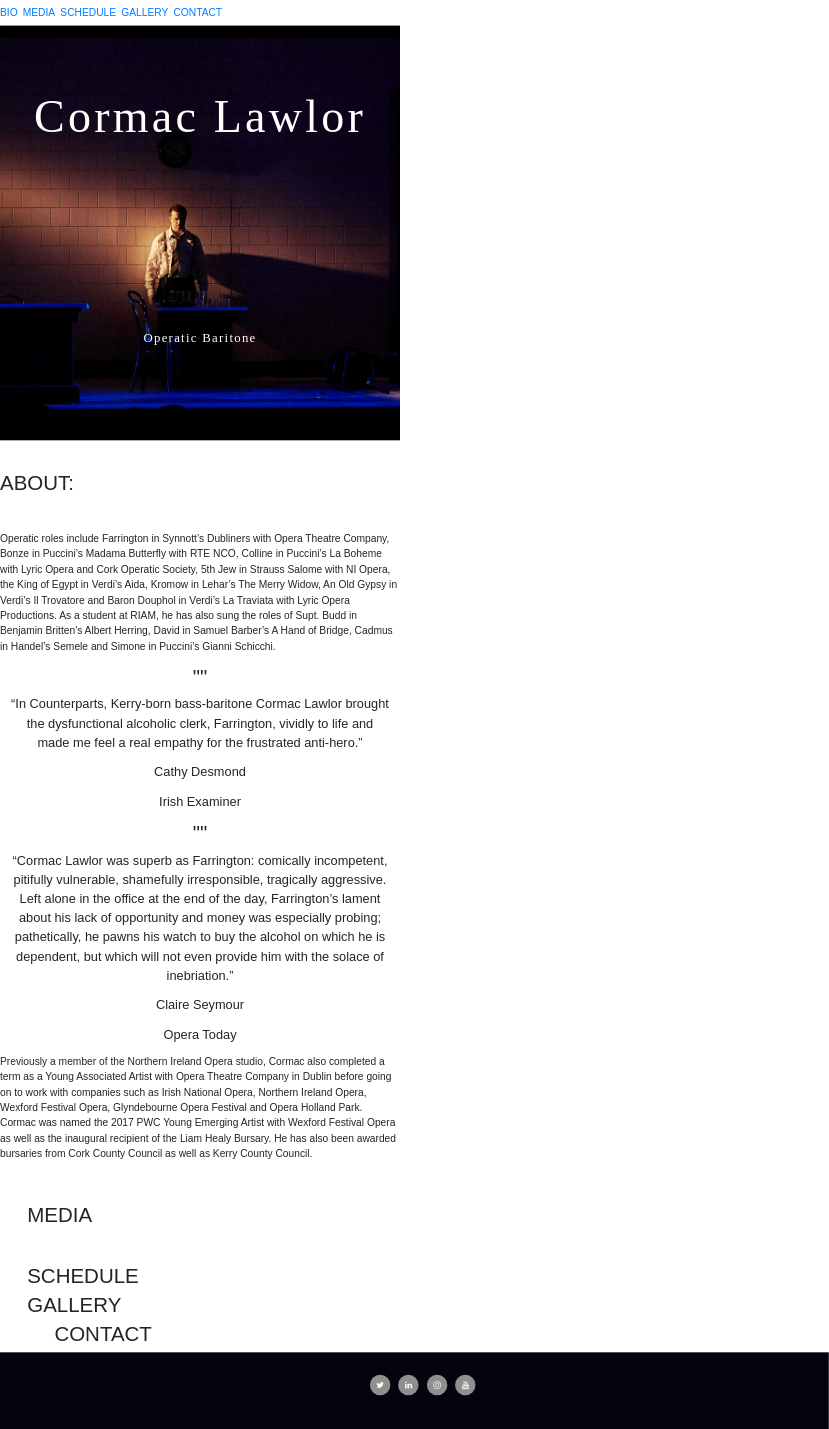
Repository: armedcor/frontend-project
Page: index.html
The author's editor kept a record of every edit. The page is drawn from the files as they stood at one moment, then again after the next edit.
The browser window is 1280 px wide. The page is 1295 px wide, then 1280 px, so the pictures cover 1295 px, including what lies to the right of the window. The pictures show the whole page, at 64% of full size.
Backgrounds fixed to the window are drawn as part of the page. Some web fonts or font styles are not loaded; a fallback is used.

Above is the page before.

After the next edit:
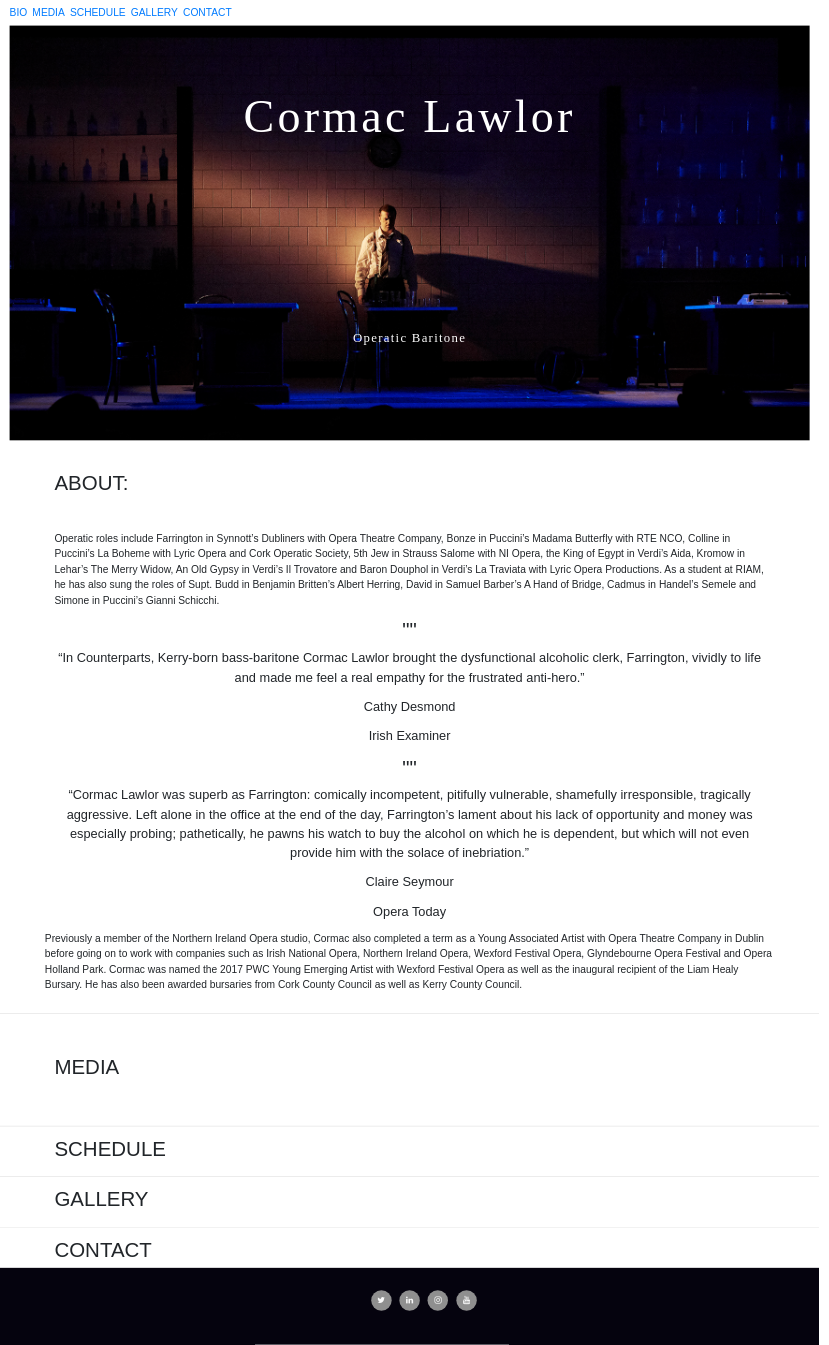
The edit:
--- a/index.html
+++ b/index.html
@@ -18,8 +18,7 @@
 
 <body>
     <!-- Main landing image -->
-    <div class="row">
-        <div class="col-6">
+<div class="container-fluid">
             <nav class="navbar navbar-nav navbar-expand-sm">
                 <ul class="navbar-nav mr-auto">
                     <li class="active nav-item mr-2"><a class="page-scroll" href="#about-me">BIO</a></li>
